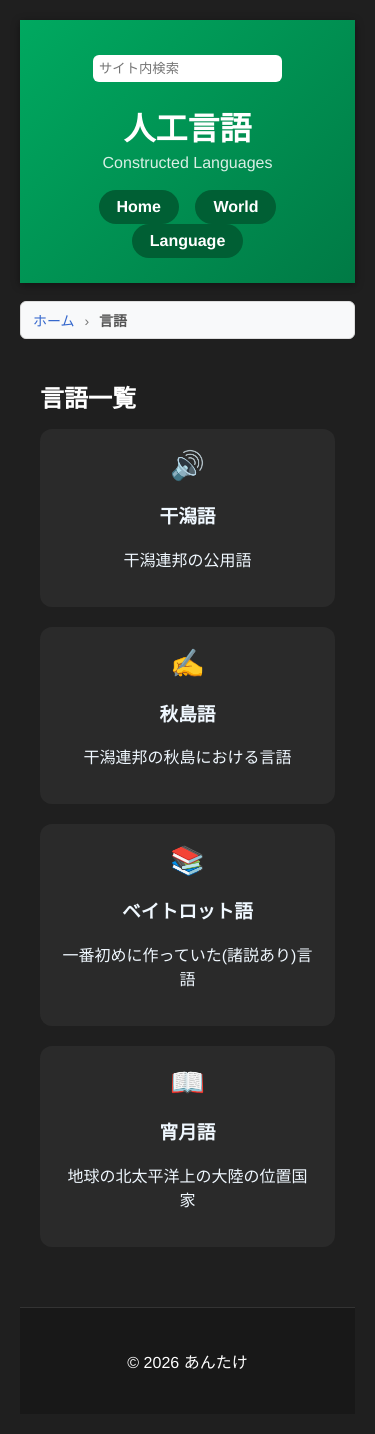
Repository: Player5270-antake/Player5270-antake.github.io
Page: language/index.html
The author's editor kept a copy of each file at every save. The page is drawn from the files as they stood at one save, then again after the next save.
The browser window is 375 px wide. The pictures show the whole page.

Above is the page before, as saved 2026-03-09 09:02:27.

### language/index.html
<!DOCTYPE html>
<html lang="ja">
<head>
    <meta charset="UTF-8">
    <meta name="viewport" content="width=device-width, initial-scale=1.0">
    <title>人工言語 | あんたけのガレージセンター</title>
    <link rel="stylesheet" href="../css/base.css">
    <link rel="stylesheet" href="../css/layout.css">
    <link rel="stylesheet" href="../css/header.css">
    <link rel="stylesheet" href="../css/mainpage.css">
</head>

<body>
    <div class="container">
        <header>
            <div class="search-box">
                <input type="text" id="searchInput" placeholder="サイト内検索">
                <div id="searchResults"></div>
            </div>
            <h1>人工言語</h1>
            <p>Constructed Languages</p>
            <nav class="header-nav">
                <a href="../">Home</a>
                <a href="../world/">World</a>
                <a href="index.html">Language</a>
            </nav>
        </header>
        <nav class="breadcrumb">
            <a href="../">ホーム</a>
            <span class="sep">›</span>
            <span class="current">言語</span>
        </nav>
        <main>
            <h2>言語一覧</h2>
            <div class="cards">
            <a href="hagalen/" class="card">
                <div class="card-icon">🔊</div>
                <h3>干潟語</h3>
                <p>干潟連邦の公用語</p>
            </a>
            <a href="akshalen/" class="card">
                <div class="card-icon">✍️</div>
                <h3>秋島語</h3>
                <p>干潟連邦の秋島における言語</p>
            </a>
            <a href="beytrotten/" class="card">
                <div class="card-icon">📚</div>
                <h3>ベイトロット語</h3>
                <p>一番初めに作っていた(諸説あり)言語</p>
            </a>
            <a href="yoizkel/" class="card">
                <div class="card-icon">📖</div>
                <h3>宵月語</h3>
                <p>地球の北太平洋上の大陸の位置国家</p>
            </a>
        </div>
        </main>
        <footer>
            <p>© 2026 あんたけ</p>
        </footer>
    </div>
    <script src="../javascript/main.js" defer></script>
    <script src="../javascript/search-data.js"></script>
    <script src="../javascript/search.js"></script>
</body>
</html>

### css/base.css
/* リセット・基本 */
*{
    box-sizing:border-box;
}

body{
    background-color:#1f1f1f;
    color:white;
    font-family:'Helvetica Neue','Helvetica','Arial',sans-serif;
    margin:0;
}

html{
    scroll-behavior:smooth;
}

.container{
    max-width:900px;
    margin:0 auto;
    padding:20px;
}

/* 見出し */
h2{
    margin-bottom:10px;
}

/* セクション */
section{
    margin-bottom:30px;
}

/*検索ボックス*/
.search-box{
    position:relative;
    margin-top:10px;
}

#searchInput{
    padding:6px;
    border-radius:6px;
    border:none;
}

#searchResults{
    position:absolute;
    background:#2a2a2a;
    width:200px;
    border-radius:6px;
    margin-top:4px;
}

#searchResults div{
    padding:6px;
}

#searchResults a{
    color:white;
    text-decoration:none;
}

### css/layout.css
/* メイン */
main{
    padding:20px;
    margin-top:20px;
    max-width:700px;
    margin:auto;
}

/* フッター */
footer{
    margin-top:40px;
    padding:25px;
    text-align:center;
    background:#181818;
    border-top:1px solid #333;
}

.footer-nav{
    margin-top:10px;
}

.footer-nav a{
    text-decoration:none;
    color:#aaa;
    margin:0 10px;
}

.footer-nav a:hover{
    color:white;
}

/* スクロールバー */
.progress-bar{
    position:fixed;
    top:0;
    left:0;
    width:100%;
    height:4px;
    background:#2a2a2a;
    z-index:2000;
}

.progress{
    height:100%;
    width:0%;
    background:#4a90e2;
    transition:width 0.1s;
}

/*パンくずリスト*/
.breadcrumb {
    font-size: 14px;
    padding: 8px 12px;
    background: #f8f9fa;
    border: 1px solid #ddd;
    border-radius: 6px;
}

.breadcrumb a {
    text-decoration: none;
    color: #3366cc;
}

.breadcrumb a:hover {
    text-decoration: underline;
}

.breadcrumb .sep {
    margin: 0 6px;
    color: #777;
}

.breadcrumb .current {
    color: #555;
    font-weight: bold;
}

### css/header.css
header{
    background:linear-gradient(135deg,#00a960,#007a45);
    padding:25px;
    text-align:center;
    z-index:1000;
    box-shadow:0 2px 8px rgba(0,0,0,0.4);
}

header h1{
    margin-bottom:5px;
    font-size:32px;
}

header p{
    margin-top:0;
    opacity:0.85;
}

/* ナビ */
nav{
    margin-top:18px;
}

.header-nav a{
    text-decoration:none;
    color:white;
    background-color:#005f34;
    padding:8px 18px;
    margin:0 6px;
    border-radius:20px;
    font-weight:bold;
    display:inline-block;
}

.header-nav a:hover{
    background-color:#004d2b;
    transform:translateY(-2px);
}

### css/mainpage.css
/* ヘッダー追従 */
header{
    position:sticky;
    top:0;
}

/* お知らせ */
.news-list{
    list-style:none;
    padding:0;
    margin-top:10px;
}

.news-list li{
    background:#2a2a2a;
    padding:12px 15px;
    border-radius:8px;
    margin-bottom:10px;
}

/* カードUI */
.cards{
    display:grid;
    grid-template-columns:repeat(auto-fit,minmax(250px,1fr));
    gap:20px;
    margin-top:15px;
}

.card{
    display:block;
    background:#2a2a2a;
    padding:20px;
    border-radius:12px;
    text-decoration:none;
    color:aliceblue;
    transition:transform 0.2s, background 0.2s;
    text-align:center;
}

.card:hover{
    background:#333;
    transform:translateY(-3px);
    box-shadow:0 6px 18px rgba(0,0,0,0.4);
}

.card-icon{
    font-size:28px;
    margin-bottom:8px;
}

### javascript/search-data.js
const searchData = [
    {
    title:"干潟語",
    url:"/language/hagalen/",
    category:"language"
    },

    {
    title:"干潟連邦",
    url:"/world/hagal_byuje/",
    category:"world"
    }
];

### javascript/search.js
const input = document.getElementById("searchInput");
const results = document.getElementById("searchResults");

input.addEventListener("input", () => {

const keyword = input.value.toLowerCase();
results.innerHTML = "";

if(keyword.length === 0) return;

const filtered = searchData.filter(item =>
item.title.toLowerCase().includes(keyword)
);

filtered.forEach(item => {

const div = document.createElement("div");

div.innerHTML =
`<a href="${item.url}">${item.title}</a>`;

results.appendChild(div);

});

});

### javascript/main.js
const sections = document.querySelectorAll("section");

const observer = new IntersectionObserver(entries => {

entries.forEach(entry => {

if(entry.isIntersecting){

const id = entry.target.getAttribute("id");

highlightToc(id);

}

});

},{
rootMargin: "-40% 0px -55% 0px"
});

sections.forEach(section=>{
observer.observe(section);
});

After the next save:
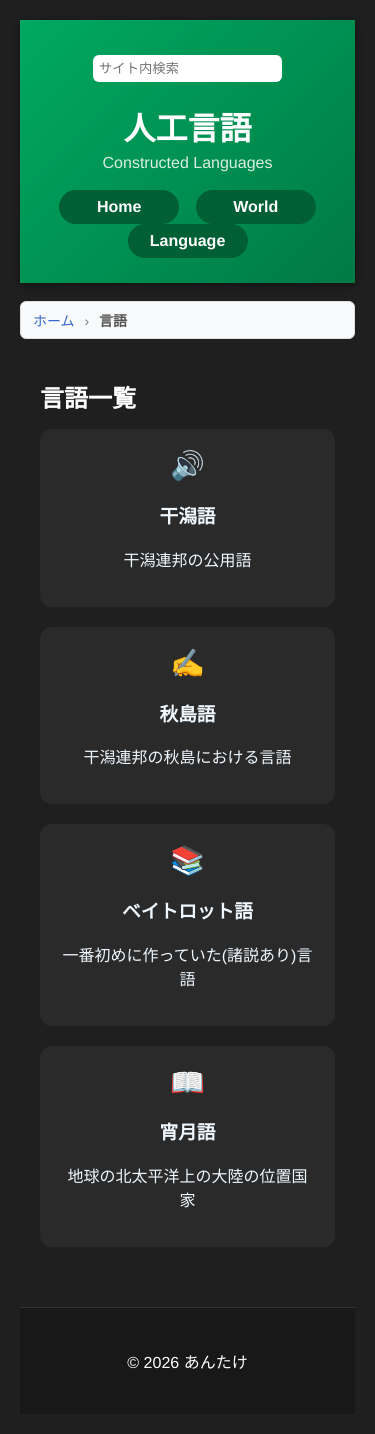
Saved 36 s later.
--- a/css/base.css
+++ b/css/base.css
@@ -58,3 +58,35 @@ section{
     color:white;
     text-decoration:none;
 }
+
+/*スマホ対応*/
+@media (max-width: 600px){
+
+    header{
+        padding:15px 10px;
+    }
+
+    header h1{
+        font-size:22px;
+    }
+
+    .tagline{
+        font-size:12px;
+    }
+
+    .header-nav a{
+        display:block;
+        margin:8px auto;
+        width:120px;
+    }
+
+    main{
+        padding:15px;
+    }
+
+    .breadcrumb{
+        font-size:12px;
+        padding:8px;
+    }
+
+    }
